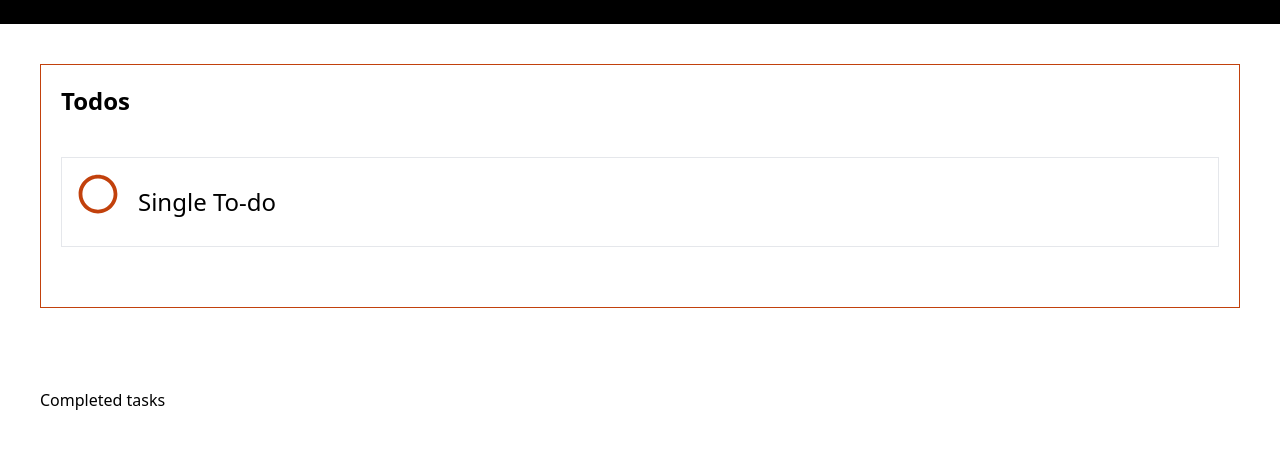
Repository: thekingisherenow/personalTodo
Page: /
An editor plug-in stored every save of this project. The page is shown before and after the next save, followed by the edit.
The browser window is 1280 px wide. The pictures show the whole page.
The project was rebuilt for these pictures with package versions that can differ from the ones it lists, and the page was loaded fresh each time. The framework's server and built-in components were replaced by stand-ins that run in the browser. Also part of the build but not shown: next.config.js, styles/Home.module.css.

Above is the page before, as saved 2022-12-15 17:12:12.

### pages/index.js
import Head from 'next/head'
import Image from 'next/image'
import Completed from '../components/Completed'
import Todos from '../components/Todos'
import styles from '../styles/Home.module.css'

export default function Home() {
  return (
    <div>
      <Head>
        <title>Create Next App</title>
        <meta name="description" content="To-do App" />
        <link rel="icon" href="/favicon.ico" />
      </Head>

     <div className='bg-white'>
      <h1 className='bg-black'>Completed --Tasks</h1>
      <Todos/>
      <Completed />
     </div>
    </div>
  )
}

### components/Completed.js
import React from 'react'

function Completed() {
  return (
    <div className='p-10'>
      Completed tasks
    </div>
  )
}

export default Completed

### components/Todos.js
import React from 'react'
import Todo from './Todo'

function Todos() {
  return (
    <div className='p-5 m-10 border border-orange-700'>
      <h1 className='font-bold text-2xl'>Todos</h1>

        <Todo />

    </div>
  )
}

export default Todos

### components/Todo.js
import React, { useState } from 'react'
import { CheckCircleIcon } from '@heroicons/react/24/outline'
import { FaRegCircle ,FaRegCheckCircle } from 'react-icons/fa';

function Todo() {
    const [check, setCheck] = useState(false)

  return (
    <div className='border  p-3 my-10 flex'>
        <div
         className=' w-12 h-12 flex justify-center items-center' onMouseEnter={()=>setCheck(true)}  onMouseLeave={()=>setCheck(false)} >

        { check?

<FaRegCheckCircle
className=' text-orange-700 w-10 h-10 ' /> :
<FaRegCircle className='w-10 text-orange-700 h-10' />
}
</div>

      <span className='text-center  text-2xl p-4 '>Single To-do</span>
    </div>
  )
}

export default Todo

Loaded but not shown: pages/_app.js (common file); styles/globals.css (common file); tailwind.config.js (common file)

After the next save:
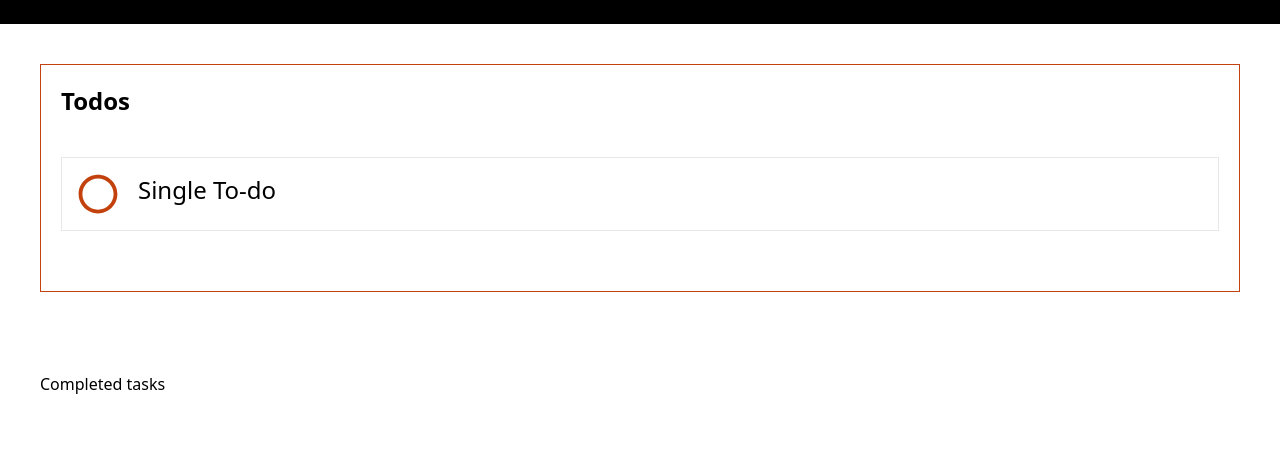
Saved 13 s later.
--- a/components/Todo.js
+++ b/components/Todo.js
@@ -18,7 +18,7 @@ className=' text-orange-700 w-10 h-10 ' /> :
 }
 </div>
 
-      <span className='text-center  text-2xl p-4 '>Single To-do</span>
+      <span className='text-center h-10 text-2xl flex items-center justify-center p-4 '>Single To-do</span>
     </div>
   )
 }
